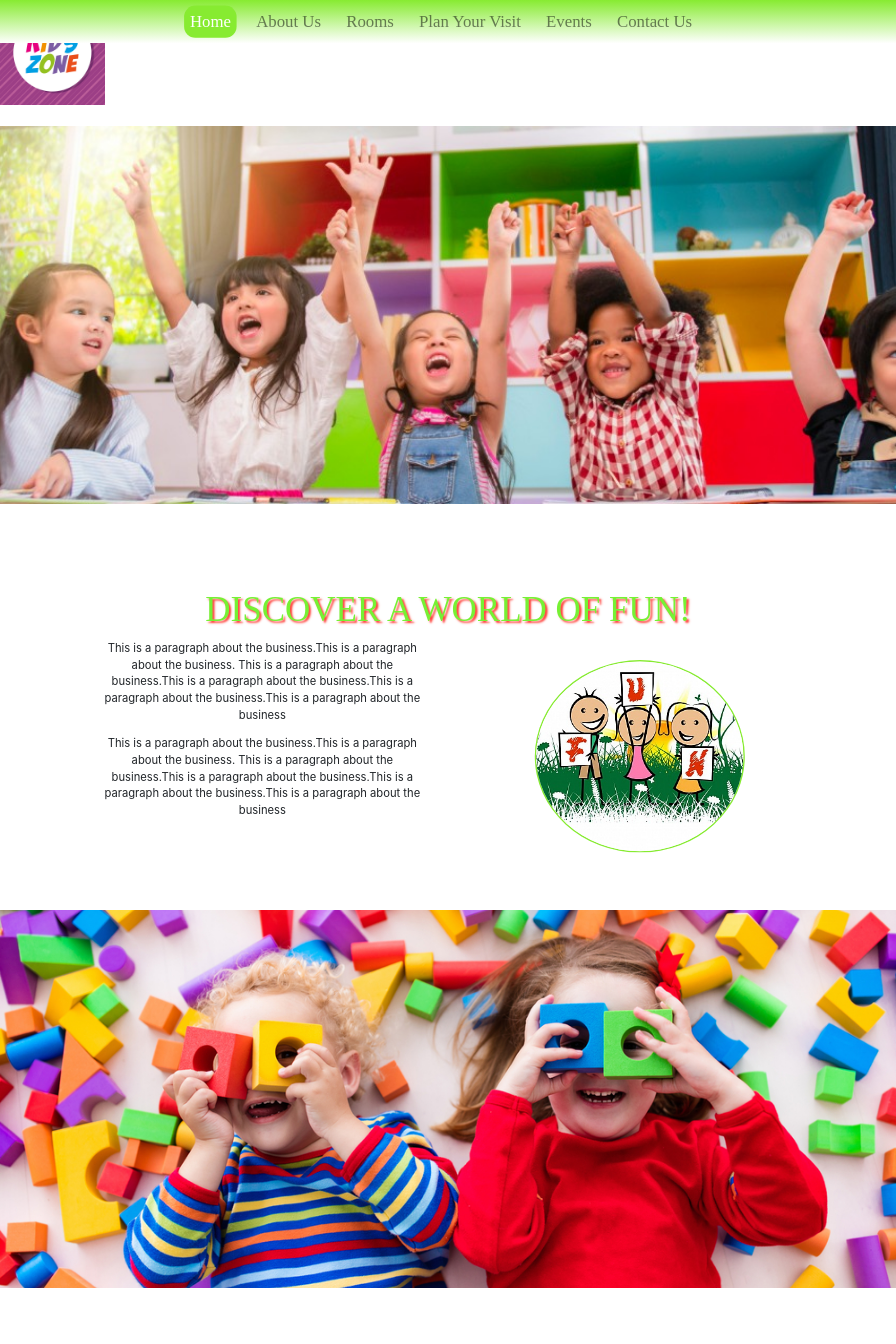
Repository: Code-Institute-Submissions/my-first-frontend-milestone-project
Page: index.html
The author's editor kept a record of every edit. The page is drawn from the files as they stood at one moment, then again after the next edit.
The browser window is 1280 px wide. The pictures show the part of the page from y = 0 to 1920 px (the page is 4200 px tall before and 4050 px after), at 70% of full size.
Some web fonts or font styles are not loaded; a fallback is used. Some web libraries are served in a nearby version.

Above is the page before.

### index.html
<!DOCTYPE html>
<html lang="en">

<head>
    <meta charset="UTF-8">
    <meta name="viewport" content="width=device-width, initial-scale=1.0">
    <meta http-equiv="X-UA-Compatible" content="ie=edge">
    <script src="https://code.jquery.com/jquery-3.3.1.slim.min.js" integrity="sha384-q8i/X+965DzO0rT7abK41JStQIAqVgRVzpbzo5smXKp4YfRvH+8abtTE1Pi6jizo" crossorigin="anonymous"></script>
    <script src="https://cdnjs.cloudflare.com/ajax/libs/popper.js/1.14.7/umd/popper.min.js" integrity="sha384-UO2eT0CpHqdSJQ6hJty5KVphtPhzWj9WO1clHTMGa3JDZwrnQq4sF86dIHNDz0W1" crossorigin="anonymous"></script>
    <link rel="stylesheet" href="https://stackpath.bootstrapcdn.com/bootstrap/4.3.1/css/bootstrap.min.css" integrity="sha384-ggOyR0iXCbMQv3Xipma34MD+dH/1fQ784/j6cY/iJTQUOhcWr7x9JvoRxT2MZw1T" crossorigin="anonymous">
    <script src="https://stackpath.bootstrapcdn.com/bootstrap/4.3.1/js/bootstrap.min.js" integrity="sha384-JjSmVgyd0p3pXB1rRibZUAYoIIy6OrQ6VrjIEaFf/nJGzIxFDsf4x0xIM+B07jRM" crossorigin="anonymous"></script>
    <script src='https://kit.fontawesome.com/a076d05399.js'></script>
    <link rel="stylesheet" href="https://maxcdn.bootstrapcdn.com/font-awesome/4.7.0/css/font-awesome.min.css" type="text/css" />
    <link rel="stylesheet" href="css/style.css">
    <title>KiddosSpot</title>
</head>

<body>
  <div id="page-wrapper">
    <header id="header-wrap" style="padding-bottom:0px;">

       <div class="top-header-sec">
            <a href="about.html" class="logo">
           <img src="./images/logo.jpg" class="logo-img" width="150" height="150" alt="Kid's Spot Logo">
          </a>
        </div>
        <!-- Used Bootstrap for basic nav. -->
        <nav class="navbar fixed-top navbar-light
         navbar-expand-lg  navbar-fixed-top navstyle">
          <!--  <a class="navbar-brand" href="#">
           <img src="./images/logo.jpg" width="50" height="50" alt="">
          </a> -->
            <button class="navbar-toggler" type="button" data-toggle="collapse" data-target="#navbarSupportedContent" aria-controls="navbarSupportedContent" aria-expanded="false" aria-label="Toggle navigation">
              <span class="navbar-toggler-icon"></span>
          </button>
            <div class="collapse navbar-collapse" id="navbarSupportedContent">
                <ul class="nav navbar-nav mr-auto" style=" margin: 0 auto;">
                    <li class="nav-item active">
                        <a class="nav-link" href="index.html">Home <span class="sr-only">(current)</span></a>
                    </li>
                    <li class="nav-item">
                        <a class="nav-link about-menu" href="about.html">About Us</a>
                    </li>
                    <li class="nav-item">
                        <a class="nav-link" href="rooms.html">Rooms</a>
                    </li>
                    <li class="nav-item">
                        <a class="nav-link" href="planyourvisit.html">Plan Your Visit</a>
                    </li>
                    <li class="nav-item">
                        <a class="nav-link" href="events.html">Events</a>
                    </li>
                    <li class="nav-item">
                        <a class="nav-link" href="contact.html">Contact Us</a>
                    </li>
            </div>
        </nav>
    </header>

    <section>
        <!-- Bootstrap grid approach for columns -->
        <div class="container-fluid">
            <div class="row">
                <div class="col-12 banner-home"> </div>
            </div>
            <div class="container">
                <div class="row">
                    <div class="col-sm-12">
                        <h1 class="maintitle uppercase">Discover a World of Fun!</h1>
                    </div>
                </div>
                <div class="row">
                    <div class="col-12">
                        <div class="main-text-wrapper">
                            <p> This is a paragraph about the business.This is a paragraph about the business. This is a paragraph about the business.This is a paragraph about the business.This is a paragraph about the business.This is a paragraph about the
                                business </p>
                            <p> This is a paragraph about the business.This is a paragraph about the business. This is a paragraph about the business.This is a paragraph about the business.This is a paragraph about the business.This is a paragraph about the
                                business </p>
                        </div>
                        <div class="main-image-wrapper">
                                <img src="./images/fun.jpg" width="300" height="300" class="img-fluid rounded-circle" style="border:2px solid #87EB31;"alt="Fun illustration">
                        </div>
                    </div>
                </div> <!-- row end -->
            </div> <!--container -->
        </div> <!--container-fluid -->
        <div class="container-fluid">
            <div class="row">
                <div class="col-12 banner-center"></div>
            </div>
        </div>

        <!-- Business Highlights -->
        <div class="container">
            <div class="row">
                <div class="col-sm-12">
                    <div class="dotted-separator"></div>
                        <h2 class="subtitle uppercase">Learn By Play</h2>
                </div>
            </div>
            <div class="row">
                <div class="col-sm-12">
                    <div class="text-container" id="science">
                        <span><i class='fas fa-flask' style='font-size:40px;color:#fafafa;'></i></span>
                        <br>
                        <p><strong>Science</strong></p>
                        <p>Your Child will explore a variety...Your Child will explore a variety...Your Child will explore a variety...Your Child will explore a variety...</p>
                    </div>
                    <div class="text-container" id="sports">
                        <span><i class='fas fa-futbol' style='font-size:40px;color:#fafafa'></i></span>
                        <br>
                        <p><strong>Sports</strong></p>
                        <p>Your Child will explore a variety...Your Child will explore a variety...Your Child will explore a variety...Your Child will explore a variety...</p>
                    </div>
                </div>
            </div>
            <div class = "row">
                <div class="col-sm-12" style="margin-bottom:50px;">
                    <div class="text-container" id="arts"><span><i class='fas fa-paint-brush' style='font-size:40px;color:#fafafa'></i></span>
                        <br>
                        <p><strong>Arts</strong></p>
                        <p>Your Child will explore a variety...Your Child will explore a variety...Your Child will explore a variety...Your Child will explore a variety...</p>
                    </div>
                    <div class="text-container" id="games"><span><i class='fas fa-puzzle-piece' style='font-size:40px;color:#fafafa'></i> </span>
                        <br>
                        <p><strong>Games</strong></p>
                        <p>Your Child will explore a variety...Your Child will explore a variety...Your Child will explore a variety...Your Child will explore a variety...</p>
                    </div>
                </div>
            </div>
        </div> <!-- container -->

        <!-- Gallery of rooms -->
        <div class="container-fluid">
            <div class="row">
                <div class="col-sm-12">
                    <div class="dotted-separator"></div>
                    <div class="gallery">
                        <h2 class="subtitle uppercase">Room Gallery</h2>
                        <ul>
                            <li class="room1">
                                <img src="./images/science-room.webp" alt="Science-Room" width="300" height="250">
                                <div class="gallery_caption"><strong><p>Science Room</p></strong>
                                </div>
                            </li>
                            <li class="room2">
                                <img src="./images/space-room.webp" alt="Space Room" width="300" height="250">
                                        <div class="gallery_caption"><strong><p>Outerspace Room</p></strong>
                                        </div>
                            </li>
                            <li class="room3">
                                <img src="./images/art-room.webp" alt="Arts Room" width="300" height="250">
                                        <div class="gallery_caption"><strong><p>Arts Room</p></strong>
                                        </div>
                            </li>
                            <li class="room4">
                                <img src="./images/kitchen-room.jpg" alt="Kitchen Room" width="300" height="250">
                                        <div class="gallery_caption">
                                            <strong><p>Kitchen Room</p></strong>
                                        </div>
                            </li>
                        </ul>
                    </div>
                </div>
            </div>
        </div>  <!-- container-fluid -->
        <div>
            <a class="gallery-btn" href="rooms.html">See All Rooms</a>
        </div>
        <div class="container-fluid">
            <div class="row">
                <div class="col-sm-12">
                    <div class="dotted-separator"></div>
                </div>
            </div>
            <div class="theme-wrapper">
                <div class="row">
                    <div class="col-sm-5 theme-pic-wrapper">
                        <img src="./images/fitness-room.jpg" alt="Fitness Room" width="350" height="300" style="border-radius: 15px;">
                    </div>
                    <div class="col-sm-7">
                        <h2 class="theme-subtitle-wrapper">Theme of the month:<em style="color:#76F134; text-shadow: 1px 1px 1px #fafafa;"> WELLNESS!</em></h2>
                        <br>
                        <div class="theme-text-wrapper">
                            <h5 style="text-align:center;">LEARNING TO BE HEALTHY AND HAPPY!</h5>
                            <ul>
                                <li>Dance Lesson for different music styles</li>
                                <li>Gym equipment</li>
                                <li>Active games</li>
                            </ul>
                        </div>
                    </div>
                </div>
            </div>
        </div>
    </section>
    <footer class="container-fluid">
        <div id="footer-details" class="row">
            <div id="footer-list" class="col-sm-8">
                <nav id="menu-widget-2">
                    <ul>
                        <li>
                         <a href="about.html">About Us</a></li>
                        <li>
                         <a href="rooms.html">Rooms</a></li>
                        <li>
                         <a href="news.html">Latest News</a></li>
                        <li>
                         <a href="contact.html">Contact us</a></li>
                    </ul>
                </nav>
            </div>
            <div id="social-media" class="col-sm-4">
                <a href="#" target="_blank">
                        <img src="./images/facebook.png">
                </a>
                <a href="#" target="_blank">
                        <img src="./images/twitter.png">
                </a>
                <a href="#" target="_blank">
                        <img src="./images/instagram.png">
                </a>
                <a href="#" target="_blank">
                        <img src="./images/youtube.png">
                </a>
            </div>
        </div>
    </footer>
</div> <!--page wrapper -->
</body>

</html>

Loaded but not shown: css/style.css (846 lines, source omitted)

After the next edit:
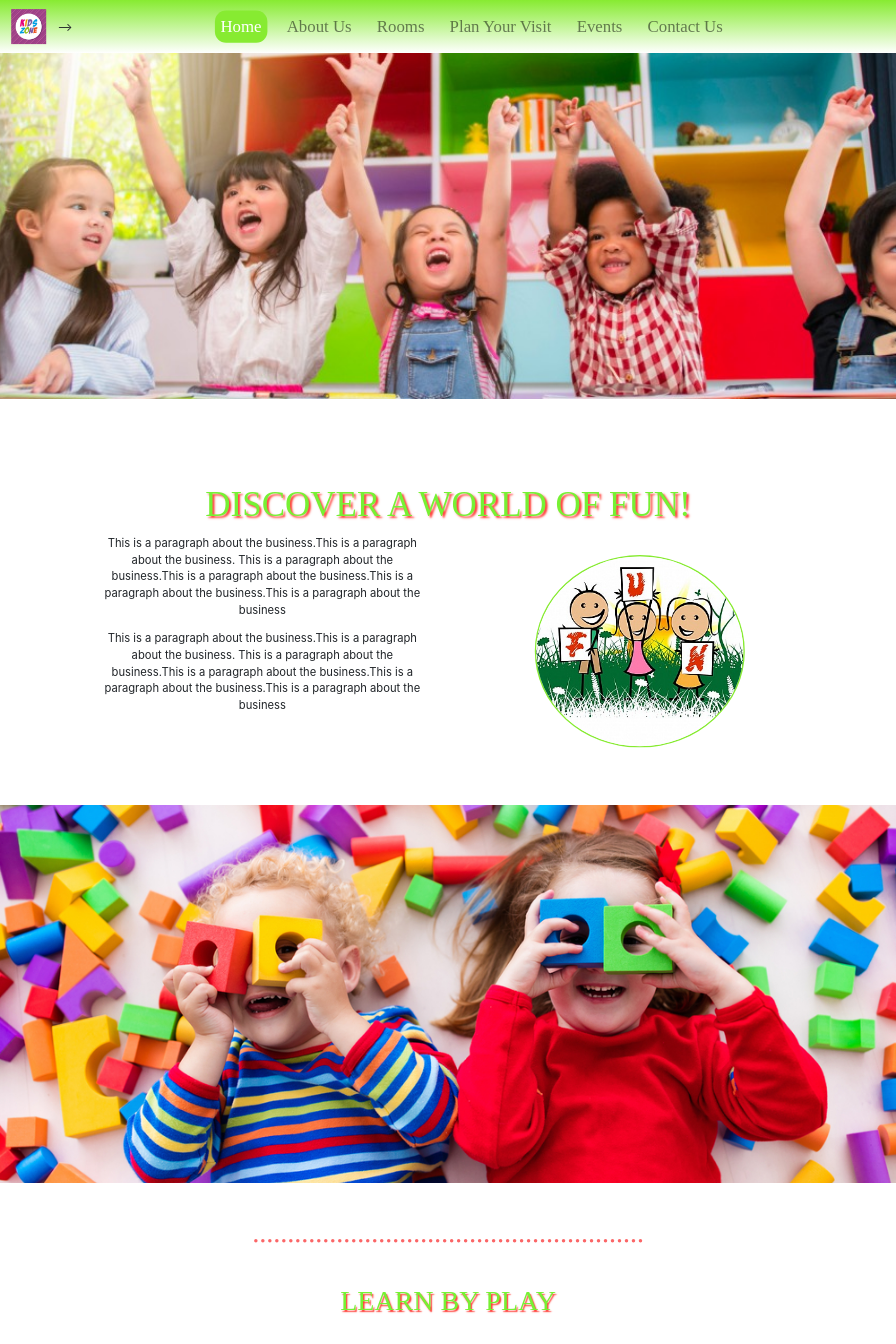
The edit:
--- a/index.html
+++ b/index.html
@@ -17,17 +17,11 @@
 
 <body>
   <div id="page-wrapper">
-    <header id="header-wrap" style="padding-bottom:0px;">
-
-       <div class="top-header-sec">
-            <a href="about.html" class="logo">
-           <img src="./images/logo.jpg" class="logo-img" width="150" height="150" alt="Kid's Spot Logo">
-          </a>
-        </div>
+    <header>
         <!-- Used Bootstrap for basic nav. -->
         <nav class="navbar fixed-top navbar-light
          navbar-expand-lg  navbar-fixed-top navstyle">
-          <!--  <a class="navbar-brand" href="#">
+            <a class="navbar-brand" href="index.html">
            <img src="./images/logo.jpg" width="50" height="50" alt="">
           </a> -->
             <button class="navbar-toggler" type="button" data-toggle="collapse" data-target="#navbarSupportedContent" aria-controls="navbarSupportedContent" aria-expanded="false" aria-label="Toggle navigation">
